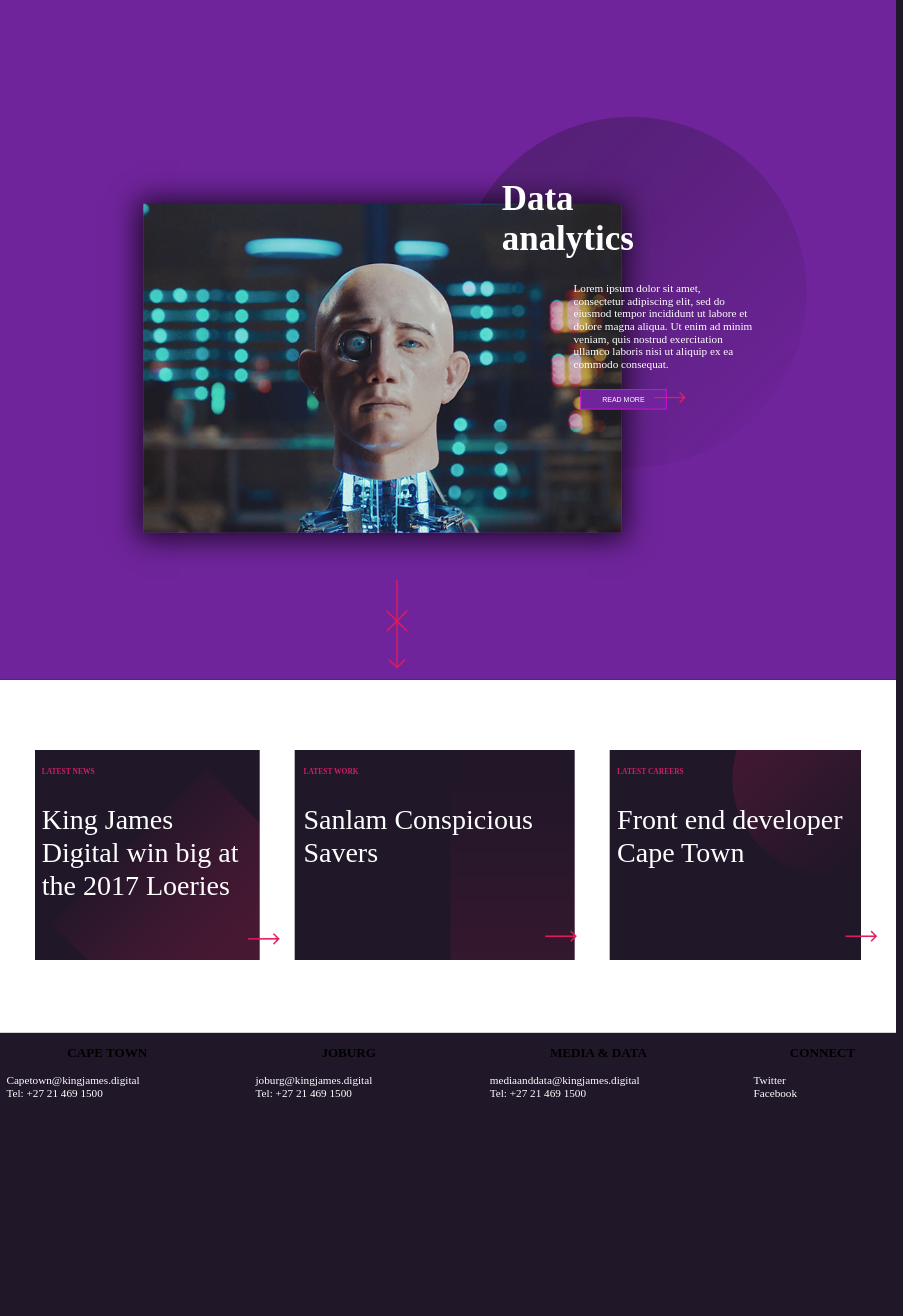
Repository: Ajtheult/King-James-Site
Page: index.html
The author's editor kept a copy of each file at every save. The page is drawn from the files as they stood at one save, then again after the next save.
The browser window is 1280 px wide. The page is 1290 px wide, so the pictures cover 1290 px, including what lies to the right of the window. The pictures show the part of the page from y = 2339 to 4219 px (the page is 4219 px tall), at 70% of full size.
Some web fonts or font styles are not loaded; a fallback is used. The style sheet was rebuilt from its Sass, Less or Tailwind sources for each picture, by a compiler version that may differ from the author's.

Above is the page before, as saved 2020-08-21 15:18:14.

After the next save:
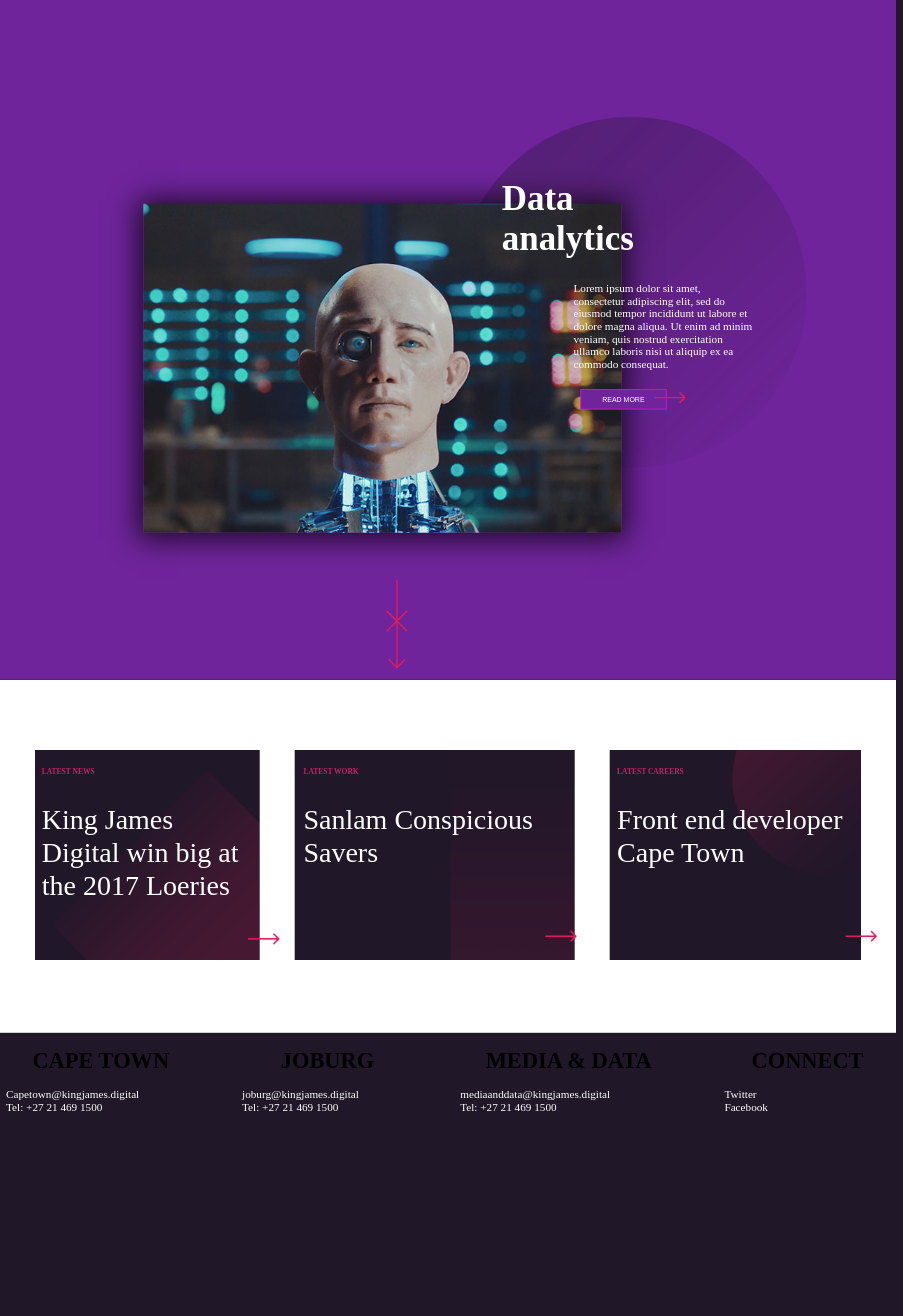
Saved 9 s later.
--- a/index.html
+++ b/index.html
@@ -162,28 +162,28 @@
     <footer class="box_six">
       <div class="grid-container">
         <div class="grid-item num_one_two">
-          <h3>CAPE TOWN</h3>
+          <h1>CAPE TOWN</h1>
           <p>
             Capetown@kingjames.digital <br />
             Tel: +27 21 469 1500
           </p>
         </div>
         <div class="grid-item num_two_two">
-          <h3>JOBURG</h3>
+          <h1>JOBURG</h1>
           <p>
             joburg@kingjames.digital <br />
             Tel: +27 21 469 1500
           </p>
         </div>
         <div class="grid-item num_three_two">
-          <h3>MEDIA & DATA</h3>
+          <h1>MEDIA & DATA</h1>
           <p>
             mediaanddata@kingjames.digital <br />
             Tel: +27 21 469 1500
           </p>
         </div>
         <div class="grid-item num_four_two">
-          <h3>CONNECT</h3>
+          <h1>CONNECT</h1>
           <p>
             Twitter <br />
             Facebook
